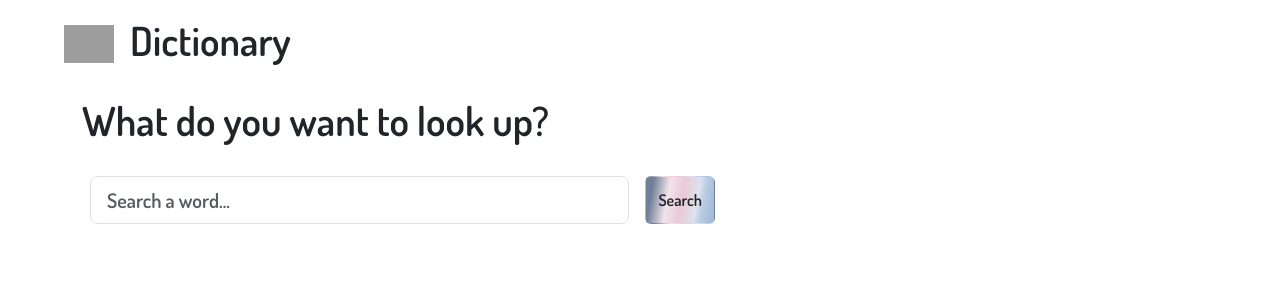
Repository: moehaymanmyint/react-dictionary-app
Page: /
An editor plug-in stored every save of this project. The page is shown before and after the next save, followed by the edit.
The browser window is 1280 px wide. The pictures show the whole page.
Pictures or frames that could not be fetched are drawn as grey boxes. The project was rebuilt for these pictures with package versions that can differ from the ones it lists, and the page was loaded fresh each time. Also part of the build but not shown: src/Synonyms.js, src/Meaning.js, src/Phonetics.js, src/Results.js.

Above is the page before, as saved 2024-09-06 11:54:41.

### public/index.html
<!DOCTYPE html>
<html lang="en">
  <head>
    <meta charset="utf-8" />
    <link rel="icon" href="%PUBLIC_URL%/favicon.ico" />
    <meta name="viewport" content="width=device-width, initial-scale=1" />
    <meta name="theme-color" content="#000000" />
    <meta
      name="description"
      content="Web site created using create-react-app"
    />
    <link rel="apple-touch-icon" href="%PUBLIC_URL%/logo192.png" />
    <!--
      manifest.json provides metadata used when your web app is installed on a
      user's mobile device or desktop. See https://developers.google.com/web/fundamentals/web-app-manifest/
    -->
    <link rel="manifest" href="%PUBLIC_URL%/manifest.json" />
    <!--
      Notice the use of %PUBLIC_URL% in the tags above.
      It will be replaced with the URL of the `public` folder during the build.
      Only files inside the `public` folder can be referenced from the HTML.

      Unlike "/favicon.ico" or "favicon.ico", "%PUBLIC_URL%/favicon.ico" will
      work correctly both with client-side routing and a non-root public URL.
      Learn how to configure a non-root public URL by running `npm run build`.
    -->
    <title>React App</title>
  </head>
  <body>
    <noscript>You need to enable JavaScript to run this app.</noscript>
    <div id="root"></div>
    <!--
      This HTML file is a template.
      If you open it directly in the browser, you will see an empty page.

      You can add webfonts, meta tags, or analytics to this file.
      The build step will place the bundled scripts into the <body> tag.

      To begin the development, run `npm start` or `yarn start`.
      To create a production bundle, use `npm run build` or `yarn build`.
    -->
  </body>
</html>

### src/App.js
import './App.css';
import 'bootstrap/dist/css/bootstrap.css';

import Search from "./Search"

function App() {
  return (
    <div className="App">
      {/* Logo */}
      <div className='logo m-3 mx-5 d-flex align-items-center'>
        <img src="https://th.bing.com/th/id/R.1ebe3e38406a8906121c9769e62adc3e?rik=d1hISy0qiMJ7Hg&pid=ImgRaw&r=0" alt="Logo" className='mx-3'/>
        <h2>Dictionary</h2>
      </div>

      <div className='container'>
        <Search />
      </div>
    </div>
  );
}

export default App;

### src/App.css
@import url('https://fonts.googleapis.com/css2?family=Dosis:wght@600&display=swap');

.App img{
    width: 50px;
}

.App{
    font-family: "Dosis", sans-serif;
}

### src/Search.js
import React, {useState} from "react";
import 'bootstrap/dist/css/bootstrap.css';
import axios from "axios";
import Results from "./Results"
import "./Dictionary.css";

export default function Search(){
    let [word, setWord] = useState('');
    let [results, setResult] = useState(null);

    function handleResponse(response){
        console.log(response.data[0]);
        setResult(response.data[0])
    }

    function handleSubmit(event){
        event.preventDefault();

        //API
        let apiUrl = `https://api.dictionaryapi.dev/api/v2/entries/en_US/${word}`;
        axios.get(apiUrl).then(handleResponse);
    }

    function updateWord(event){
        setWord(event.target.value);
    }

    return (
        <div className="Search">
            <h1 className="my-4">What do you want to look up?</h1>
            <div className="row d-flex">
                <div className="col-7">
                    <form onSubmit={handleSubmit} className="d-flex">
                        <input type="search" className="form-control form-control-lg m-2" value={word} onChange={updateWord} placeholder="Search a word..."/>
                        <input type="submit" value="Search" className="btn btn m-2"/>
                    </form>
                    <section className="meaning">
                        <Results results={results}/>
                    </section>
                </div>
                <div className="col-5">

                </div>
            </div>
        </div>
    );
}

### src/Dictionary.css

.Results .box,
.Meaning{
    background-color: white;
    box-shadow: rgba(100, 100, 111, 0.2) 0px 7px 29px 0px;
    border-radius: 10px;
}

h2{
    font-size: 40px;
    text-transform: capitalize;
}

p{
    font-size: 18px;
}

.Search .btn{
    background: linear-gradient(99.6deg, rgb(112, 128, 152) 10.6%, rgb(242, 227, 234) 32.9%, rgb(234, 202, 213) 52.7%, rgb(220, 227, 239) 72.8%, rgb(185, 205, 227) 81.1%, rgb(154, 180, 212) 102.4%);
}

Loaded but not shown: src/index.js (common file); src/index.css (common file); src/reportWebVitals.js (common file)

After the next save:
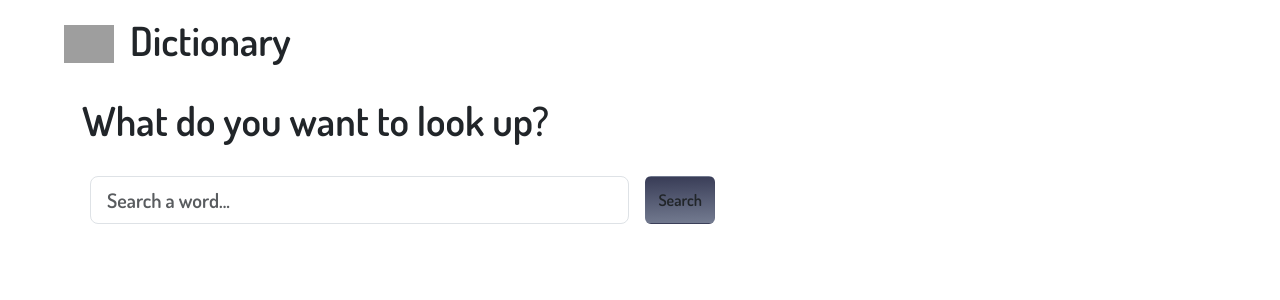
Saved 27 s later.
--- a/src/Dictionary.css
+++ b/src/Dictionary.css
@@ -16,5 +16,5 @@ p{
 }
 
 .Search .btn{
-    background: linear-gradient(99.6deg, rgb(112, 128, 152) 10.6%, rgb(242, 227, 234) 32.9%, rgb(234, 202, 213) 52.7%, rgb(220, 227, 239) 72.8%, rgb(185, 205, 227) 81.1%, rgb(154, 180, 212) 102.4%);
+    background: linear-gradient(177.9deg, rgb(58, 62, 88) 3.6%, rgb(119, 127, 148) 105.8%);
 }
